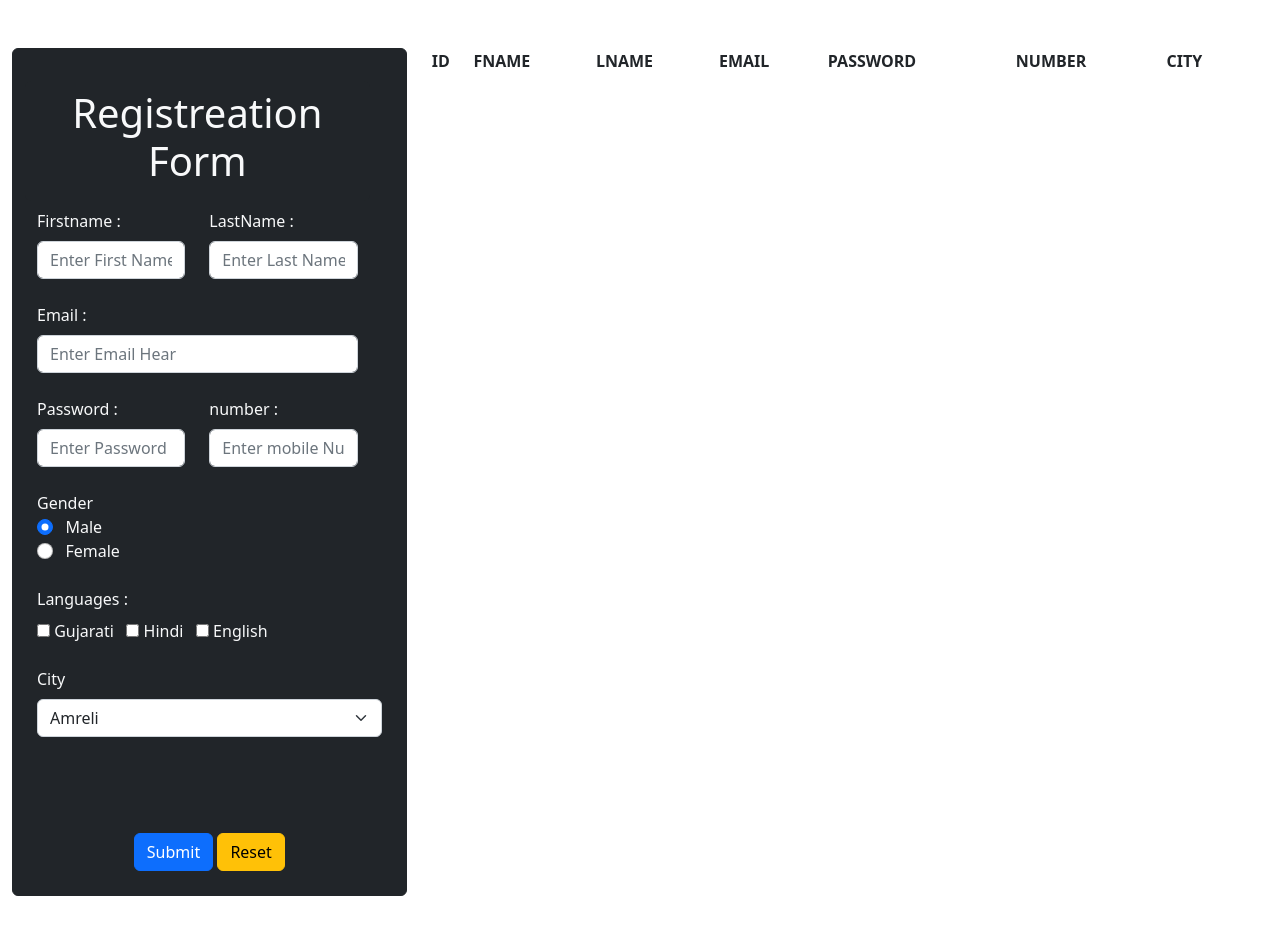
Repository: Rahulkathiriya/java-assignment-and-assesment
Page: http://localhost/web006_ajax_curd_onePage/
These files come from the project's save history. The page is drawn as it stood at one moment and after the next save; the edit follows.
The browser window is 1280 px wide. The pictures show the whole page.
The page is served by Tomcat 9. Queries for data that is not in the repository find no rows.

Above is the page before, as saved 2022-11-15 12:54:03.

After the next save:
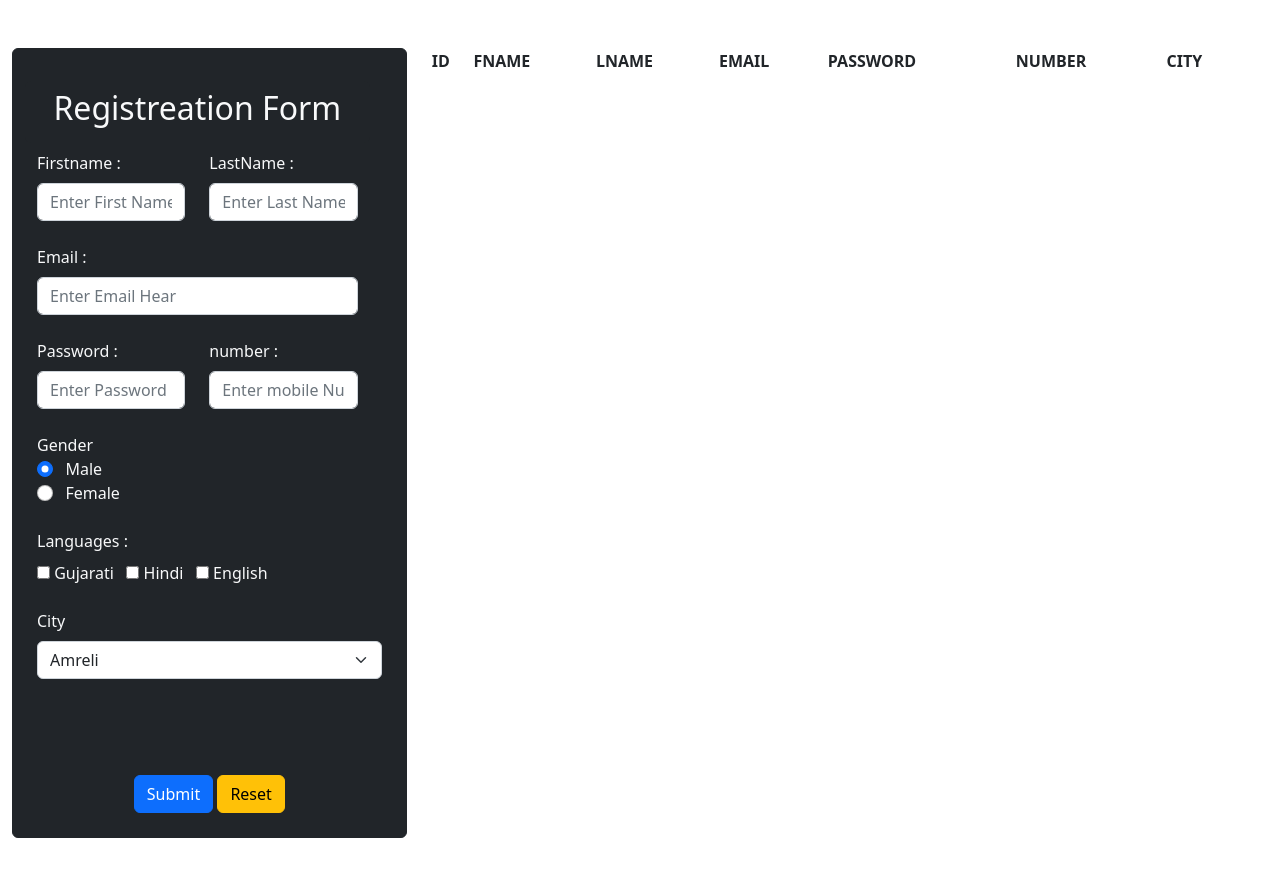
Saved 47 s later.
--- a/web006_ajax_curd_onePage/src/main/webapp/index.jsp
+++ b/web006_ajax_curd_onePage/src/main/webapp/index.jsp
@@ -157,7 +157,7 @@ function addStudent(){
 				<form action="addStudent"
 					class="border border-dark bg-dark text-light p-4 rounded">
 					<div class="row">
-						<p class="h1 text-center bg-dark text-light p-2 pb-3 mt-2 rounded">Registreation
+						<p class="h2 text-center bg-dark text-light p-2 pb-3 mt-2 rounded">Registreation
 							Form</p>
 						<span class="text-success" id="student"></span> <span
 							class="text-success">${updateMsg}</span> <span
